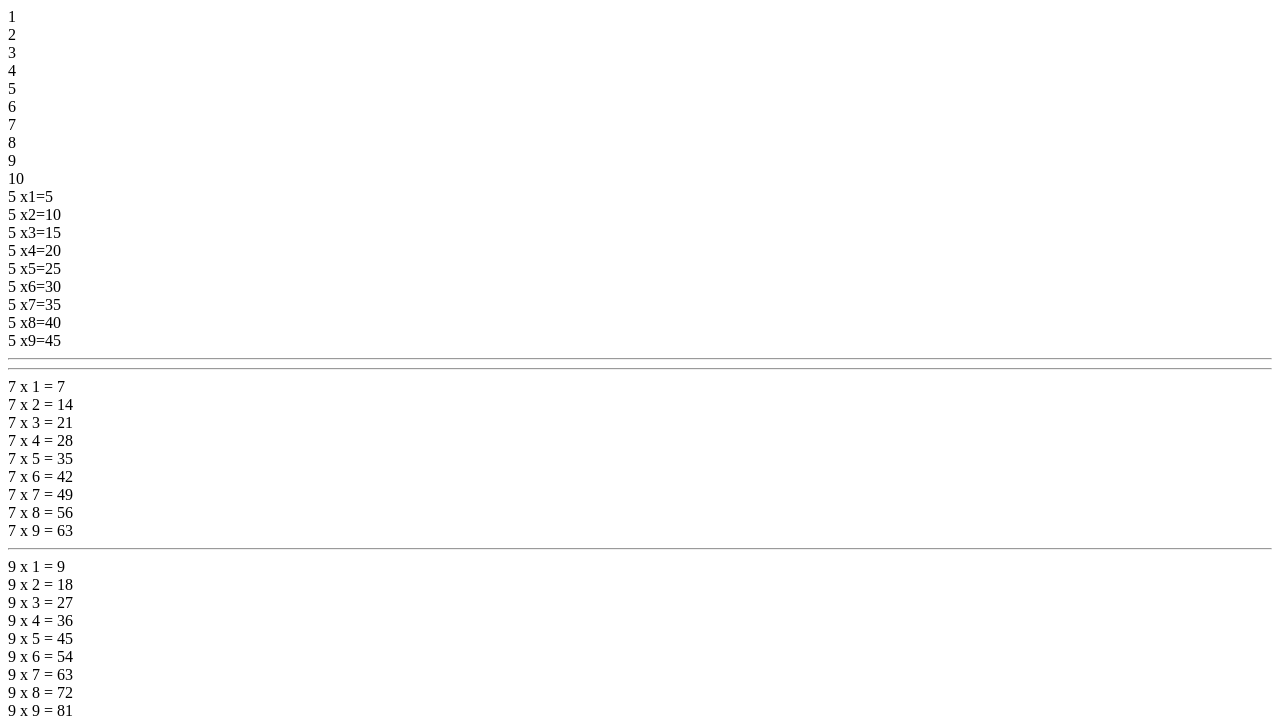
Repository: jeong3/Real_Time_Date
Page: http://localhost/jspGrammar1/Scriptlet.jsp
An editor plug-in stored every save of this project. The page is shown before and after the next save, followed by the edit.
The browser window is 1280 px wide. The pictures show the whole page.
The page is served by Tomcat 9.

Above is the page before, as saved 2024-08-30 02:28:17.

After the next save:
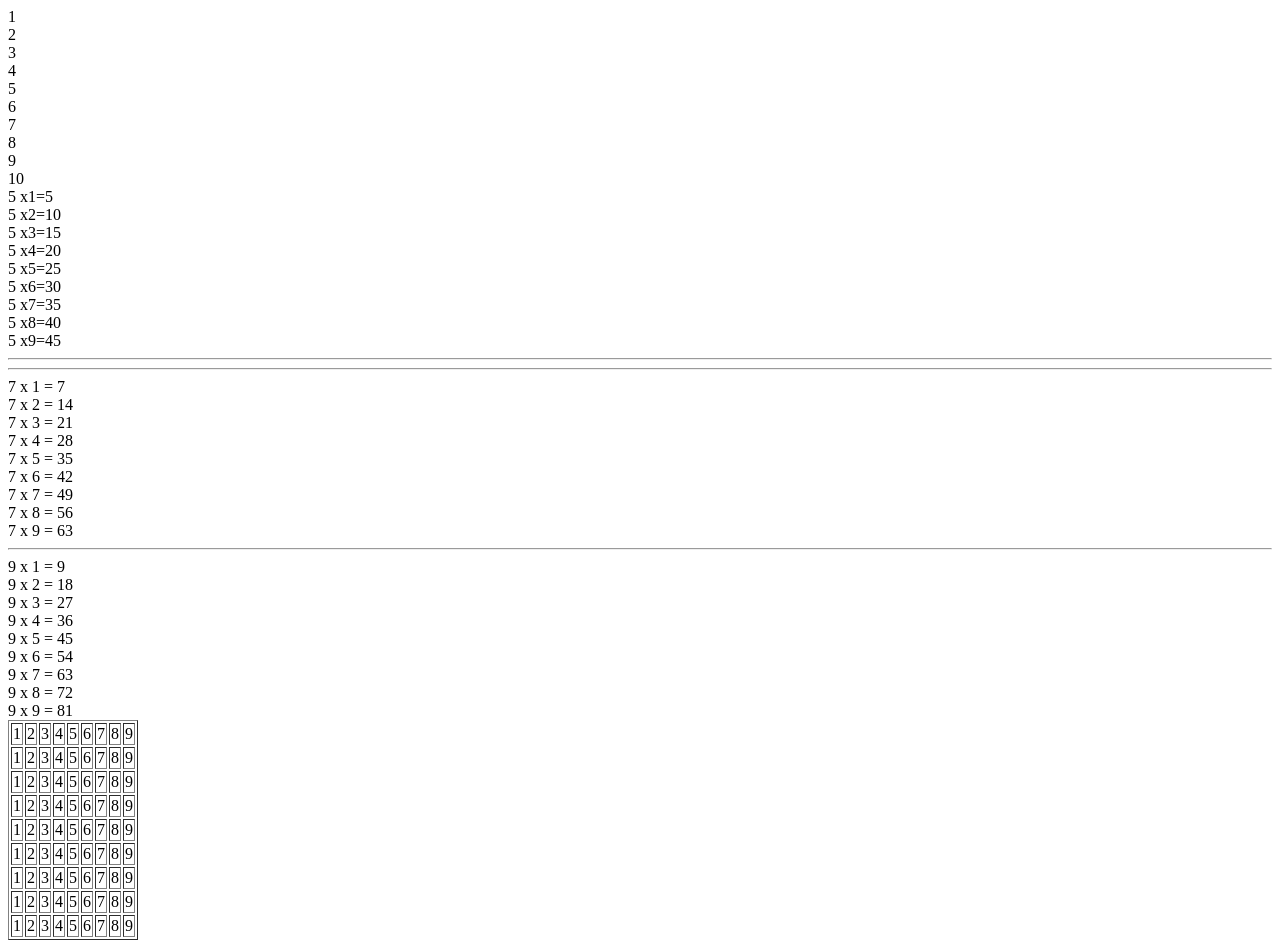
Saved 20 min 3 s later.
--- a/eclipse/eclipse-workspace/jspGrammar1/src/main/webapp/Scriptlet.jsp
+++ b/eclipse/eclipse-workspace/jspGrammar1/src/main/webapp/Scriptlet.jsp
@@ -31,5 +31,24 @@
 	<%
 	}
 	%>
+
+	<table border = 1>
+	<% for(int tr = 1; tr <=9; tr++){
+		out.print("<tr>");
+		for(int td=1; td <= 9; td++){
+			out.print("<td>" + td + "</td>");
+		}
+		out.print("</tr>");
+	}
+	%>
+
+
+	</table>
+
+
+
+
+
+
 </body>
 </html>
